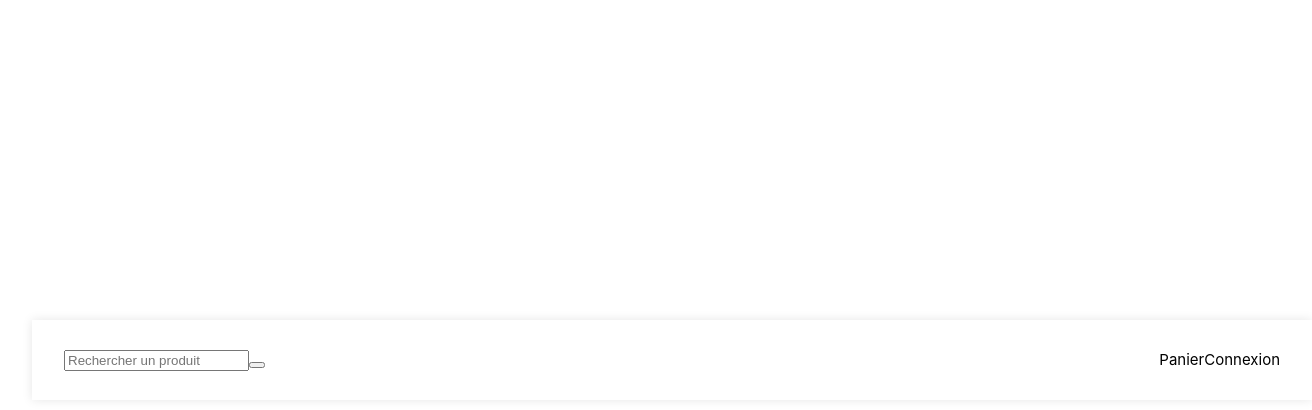
Repository: Tructruc/SAE-ALT-S3-Dev-23-24-Occupation-salles-3A-Groupe-2
Page: / (app in frontend/front-vue/)
The author's editor kept a copy of each file at every save. The page is drawn from the files as they stood at one save, then again after the next save.
The browser window is 1280 px wide. The page is 1312 px wide, then 1280 px, so the pictures cover 1312 px, including what lies to the right of the window. The pictures show the whole page.
The project was rebuilt for these pictures with package versions that can differ from the ones it lists, and the page was loaded fresh each time. Also part of the build but not shown: frontend/front-vue/vite.config.js, frontend/front-vue/src/components/HelloWorld.vue, frontend/front-vue/src/components/WelcomeItem.vue, frontend/front-vue/src/components/icons/IconDocumentation.vue, frontend/front-vue/src/components/icons/IconTooling.vue, frontend/front-vue/src/components/icons/IconEcosystem.vue, frontend/front-vue/src/components/icons/IconCommunity.vue, frontend/front-vue/src/components/icons/IconSupport.vue and 1 more.

Above is the page before, as saved 2024-01-10 09:13:03.

### frontend/front-vue/src/App.vue
<script setup>
import HelloWorld from './components/HelloWorld.vue'
import TheWelcome from './components/TheWelcome.vue'
import Header from './components/Header.vue';
</script>

<template>
<Header></Header>
</template>


<style scoped>
header {
  line-height: 1.5;
}

.logo {
  display: block;
  margin: 0 auto 2rem;
}

@media (min-width: 1024px) {
  header {
    display: flex;
    place-items: center;
    padding-right: calc(var(--section-gap) / 2);
  }

  .logo {
    margin: 0 2rem 0 0;
  }

  header .wrapper {
    display: flex;
    place-items: flex-start;
    flex-wrap: wrap;
  }
}
</style>

### frontend/front-vue/src/components/Header.vue
<!-- Template de header pour les pages ( barre de recherche ) -->
<!-- Le composant est modulaire et ne doit pas dépendre du reste de l'application -->
<template>
  <div class="header">
    <div class="header__search">
      <input
        type="text"
        placeholder="Rechercher un produit"
        v-model="search"
        @keyup.enter="searchProduct"
      />
      <button @click="searchProduct">
        <i class="fas fa-search"></i>
      </button>
    </div>
    <div class="header__links">
      <router-link to="/cart">
        <i class="fas fa-shopping-cart"></i>
        <span class="header__links__cart">Panier</span>
        <span class="header__links__cart__number">{{ cartNumber }}</span>
      </router-link>
      <router-link to="/login">
        <i class="fas fa-user"></i>
        <span class="header__links__cart">Connexion</span>
      </router-link>
    </div>
  </div>
</template>

<style>
.header {

    position: sticky;
    top: 0;
    left: 0;


    width:100vw;
    height: 80px;
    display: flex;
    justify-content: space-between;
    align-items: center;
    padding: 1rem 2rem;
    background-color: #fff;
    color:black;
    box-shadow: 0 0 10px rgba(0, 0, 0, 0.1);
}
</style>

Loaded but not shown: frontend/front-vue/index.html (common file); frontend/front-vue/src/main.js (common file); frontend/front-vue/src/assets/main.css (common file); frontend/front-vue/src/assets/base.css (common file)

After the next save:
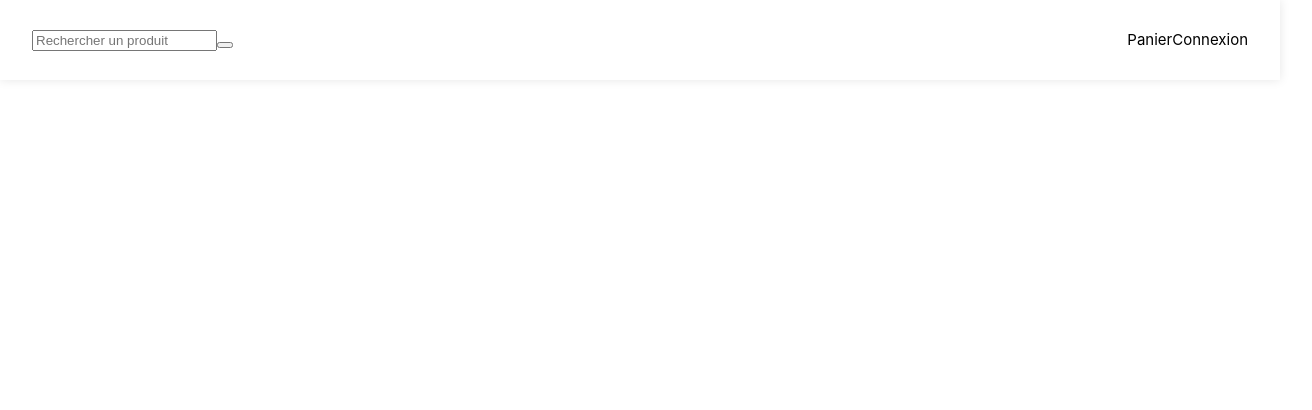
Saved 50 s later.
--- a/frontend/front-vue/src/components/Header.vue
+++ b/frontend/front-vue/src/components/Header.vue
@@ -30,7 +30,7 @@
 <style>
 .header {
 
-    position: sticky;
+    position: fixed;
     top: 0;
     left: 0;
 
